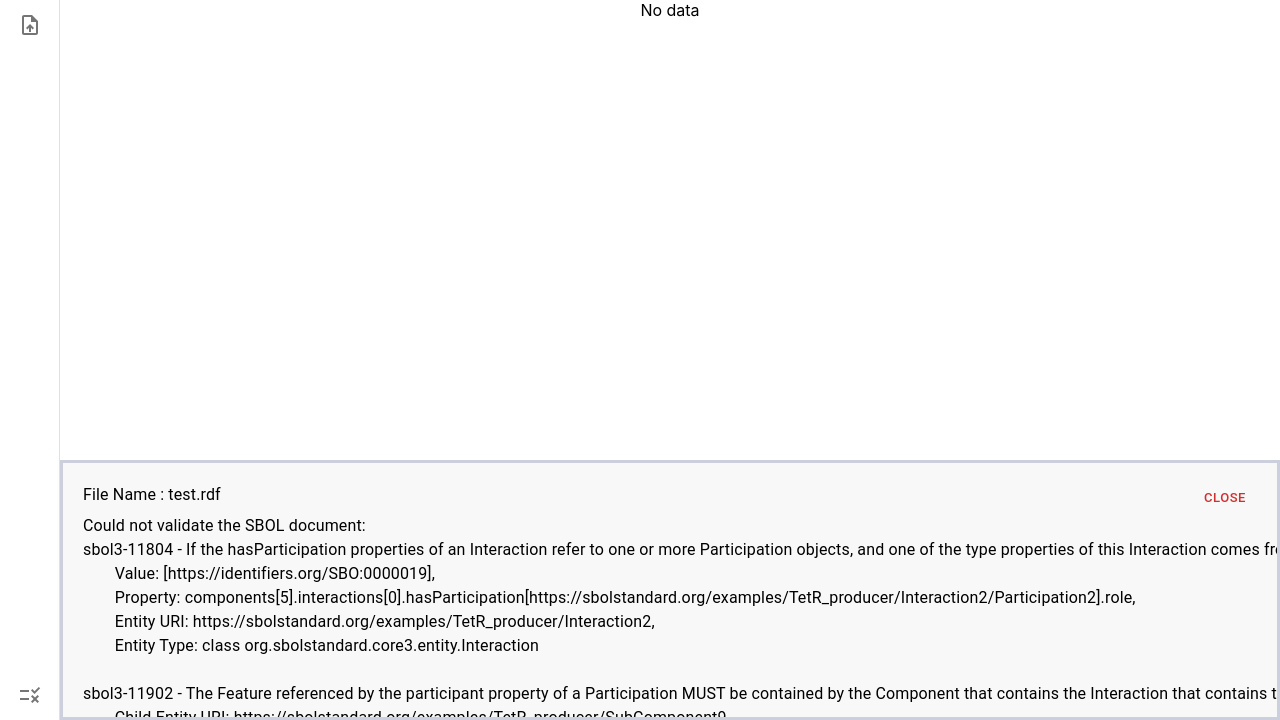
Repository: imark00/sbolInsight_frontend
Page: /, after clicking the first element matching `div.MuiPaper-root > :nth-child(2)`
An editor plug-in stored every save of this project. The page is shown before and after the next save, followed by the edit.
The browser window is 1280 px wide. The pictures show the whole page.
The project was rebuilt for these pictures with package versions that can differ from the ones it lists, and the page was loaded fresh each time. Also part of the build but not shown: src/App.css.

Above is the page before, as saved 2024-08-19 12:43:21.

After the next save:
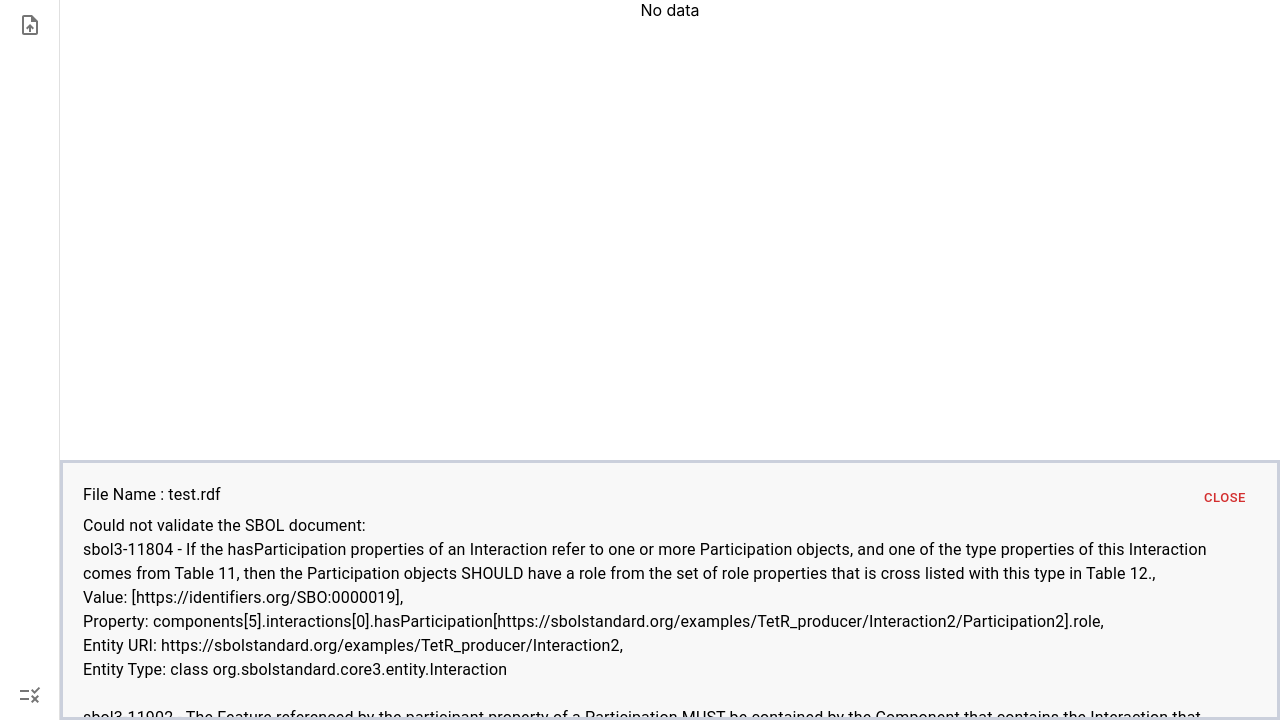
Saved 28 s later.
--- a/src/sbolInsight.js
+++ b/src/sbolInsight.js
@@ -191,7 +191,7 @@ const SBOLInsightPage = () => {
                             </Button>
                         </Box>
 
-                        <Typography component="p" sx={{ whiteSpace: "pre" }}>
+                        <Typography component="p" sx={{ whiteSpace: "pre-line" }}>
                             {message}
                         </Typography>
                     </Box>
